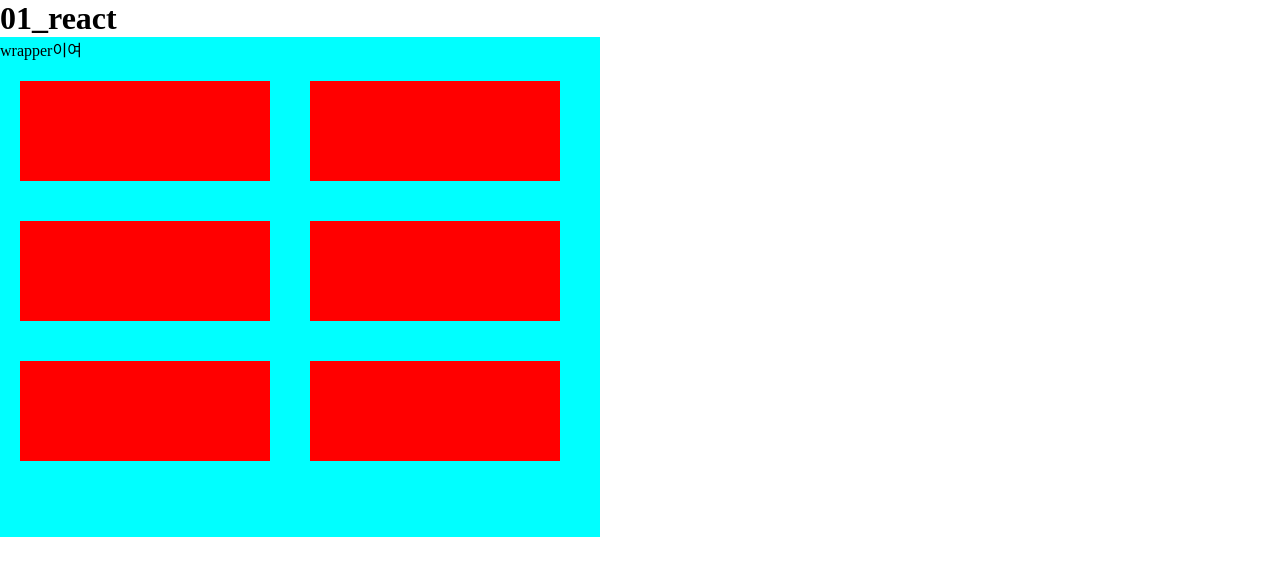
Repository: psun2/Korea-IT-Academy
Page: (back up) _ 오전/study_a/web_work/htmlCssProj/WebContent/react/01_react.html
These files come from the project's save history. The page is drawn as it stood at one moment and after the next save; the edit follows.
The browser window is 1280 px wide. The pictures show the whole page.

Above is the page before, as saved 2020-07-29 06:23:43.

After the next save:
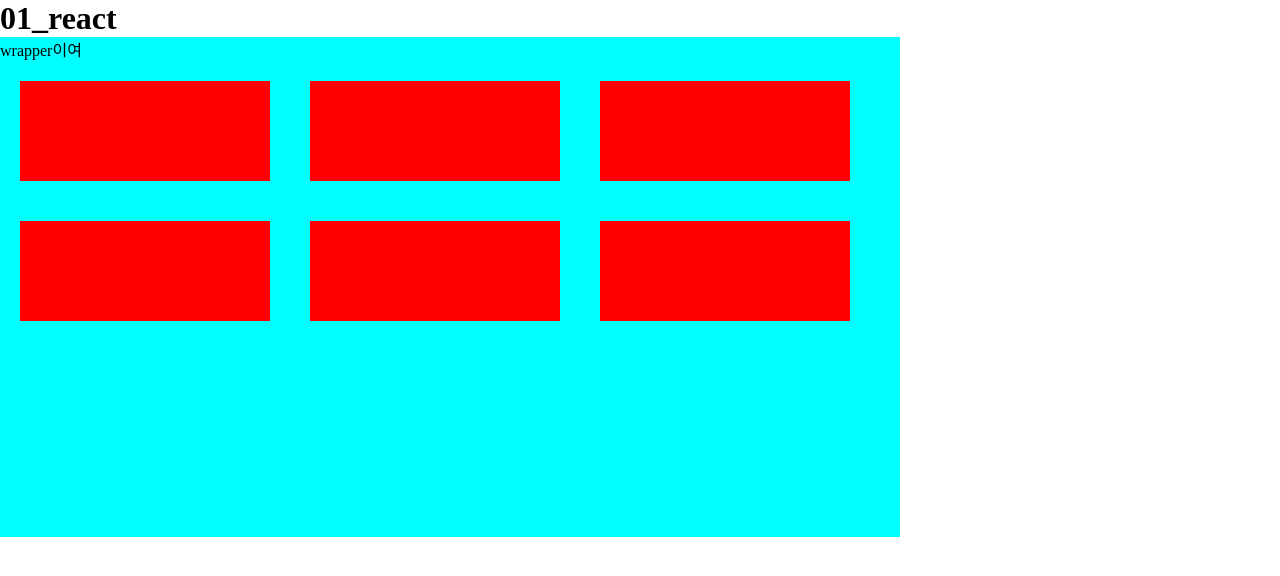
Saved 43 s later.
--- a/(back up) _ 오전/study_a/web_work/htmlCssProj/WebContent/react/01_react.html
+++ b/(back up) _ 오전/study_a/web_work/htmlCssProj/WebContent/react/01_react.html
@@ -30,7 +30,7 @@ minimum-scale=1.0, maximum-scale=1.0">
 	@media screen and (max-width:480px){
 		.wrapper{
 			background: #0f0;
-
+			width:300px;
 		}
 
 	}
@@ -39,7 +39,7 @@ minimum-scale=1.0, maximum-scale=1.0">
 	@media screen and (min-width:1200px){
 		.wrapper{
 			background: #0ff;
-
+			width:900px;
 		}
 
 	}
